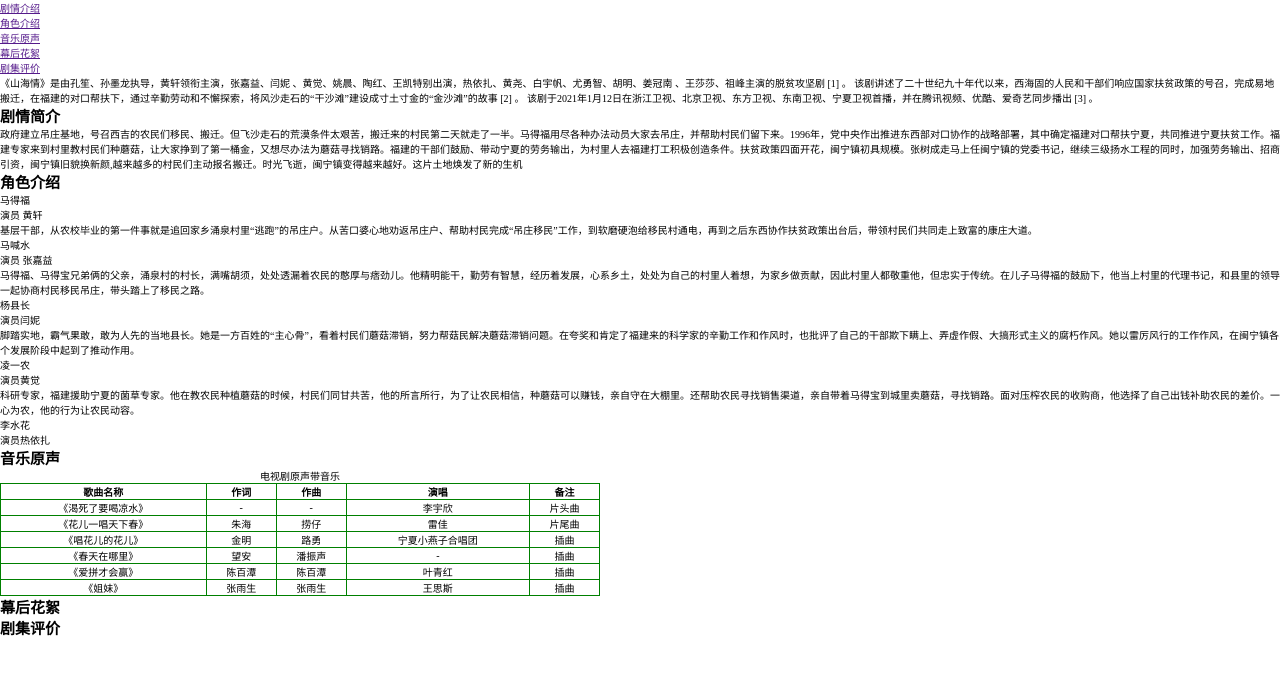
Repository: Lixianlai-2/static-website
Page: index.html
The author's editor kept a copy of each file at every save. The page is drawn from the files as they stood at one save, then again after the next save.
The browser window is 1280 px wide. The pictures show the whole page.

Above is the page before, as saved 2021-11-30 20:25:08.

After the next save:
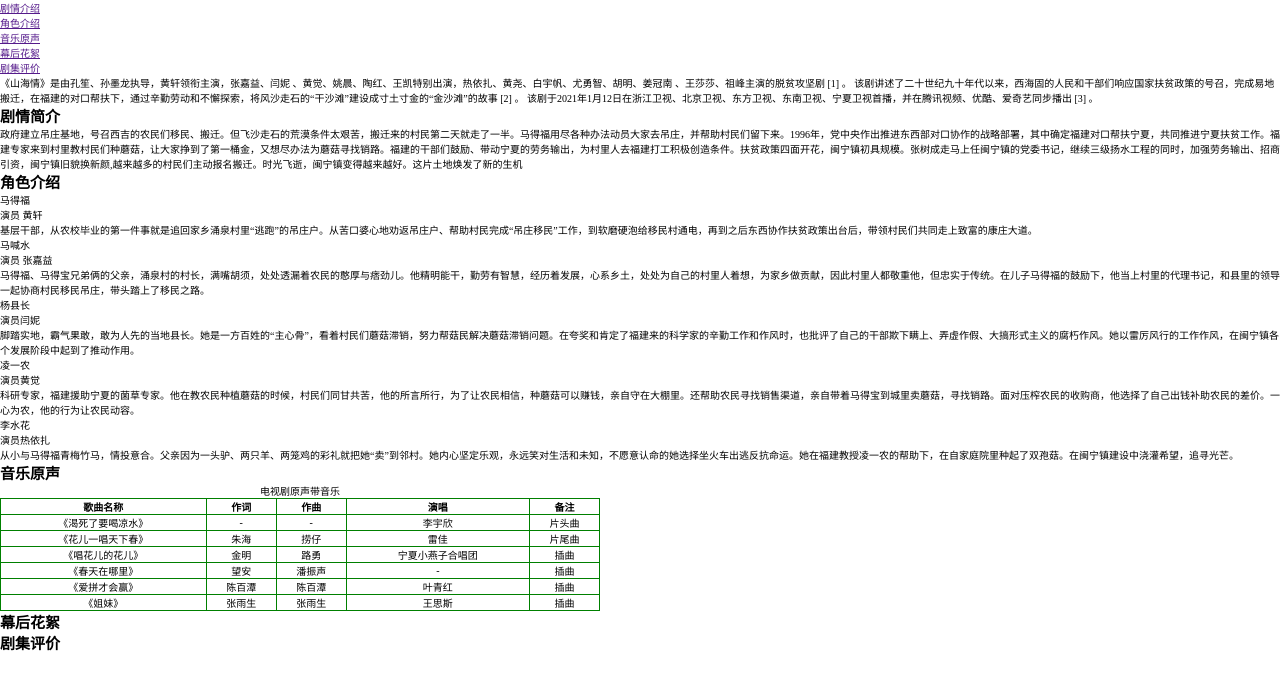
Saved 55 s later.
--- a/index.html
+++ b/index.html
@@ -61,7 +61,7 @@
       [3] 。
     </p>
 
-    <h2>剧情简介</h2>
+    <h2 id="#剧情">剧情简介</h2>
     <p>
       政府建立吊庄基地，号召西吉的农民们移民、搬迁。但飞沙走石的荒漠条件太艰苦，搬迁来的村民第二天就走了一半。马得福用尽各种办法动员大家去吊庄，并帮助村民们留下来。1996年，党中央作出推进东西部对口协作的战略部署，其中确定福建对口帮扶宁夏，共同推进宁夏扶贫工作。福建专家来到村里教村民们种蘑菇，让大家挣到了第一桶金，又想尽办法为蘑菇寻找销路。福建的干部们鼓励、带动宁夏的劳务输出，为村里人去福建打工积极创造条件。扶贫政策四面开花，闽宁镇初具规模。张树成走马上任闽宁镇的党委书记，继续三级扬水工程的同时，加强劳务输出、招商引资，闽宁镇旧貌换新颜,越来越多的村民们主动报名搬迁。时光飞逝，闽宁镇变得越来越好。这片土地焕发了新的生机
     </p>
@@ -150,7 +150,11 @@
               <div class="role-actor">
                 <span class="item-key">演员</span
                 ><span class="item-value">热依扎</span>
-                <dl></dl>
+                <dl>
+                  <p>
+                    从小与马得福青梅竹马，情投意合。父亲因为一头驴、两只羊、两笼鸡的彩礼就把她“卖”到邻村。她内心坚定乐观，永远笑对生活和未知，不愿意认命的她选择坐火车出逃反抗命运。她在福建教授凌一农的帮助下，在自家庭院里种起了双孢菇。在闽宁镇建设中浇灌希望，追寻光芒。
+                  </p>
+                </dl>
               </div>
             </div>
           </dt>
